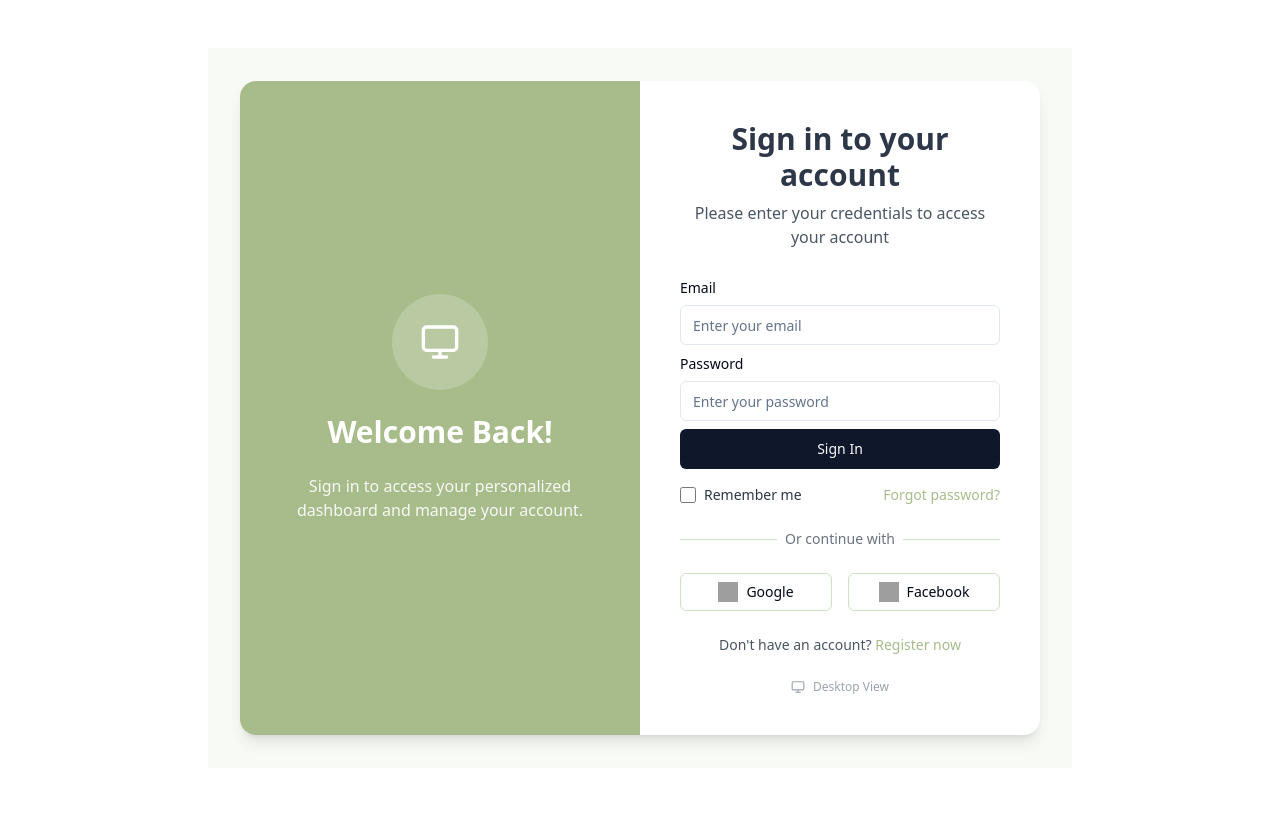
Repository: HanzlaAlvi/GreenCart
Page: / (app in client/)
These files come from the project's save history. The page is drawn as it stood at one moment and after a run of saves; the edit follows.
The browser window is 1280 px wide. The pictures show the whole page.
Pictures or frames that could not be fetched are drawn as grey boxes. The page's requests for data from a server got no answer. The project was rebuilt for these pictures with package versions that can differ from the ones it lists, and the page was loaded fresh each time. No one was signed in, and anything a server would have sent is missing. Also part of the build but not shown: client/vite.config.js, client/src/components/ui/select.jsx, client/src/components/ui/textarea.jsx, client/src/pages/auth/register.jsx, client/src/components/ui/sheet.jsx, client/src/components/admin-view/header.jsx, client/src/components/admin-view/layout.jsx, client/src/components/admin-view/image-upload.jsx and 36 more.

Above is the page before, as saved 2025-07-05 17:25:07.

After the next 2 saves:
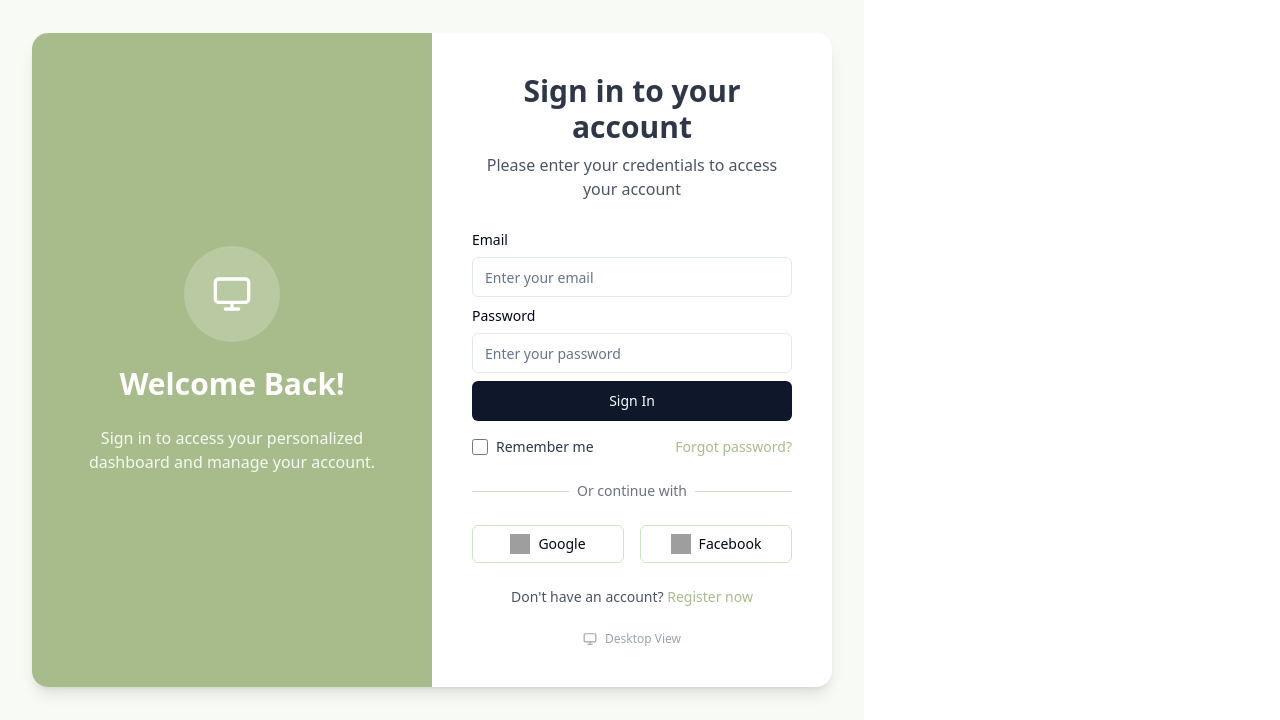
The 2 saves are shown as one change because they came seconds apart.
The last was saved 21 s later.
--- a/client/src/components/auth/layout.jsx
+++ b/client/src/components/auth/layout.jsx
@@ -3,9 +3,9 @@
 function AuthLayout() {
   return (
     <div className="flex min-h-screen w-full">
+      <Outlet />
+      <div className="flex flex-1 items-center justify-center bg-background px-4 py-12 sm:px-6 lg:px-8">
 
-      <div className="flex flex-1 items-center justify-center bg-background px-4 py-12 sm:px-6 lg:px-8">
-        <Outlet />
       </div>
     </div>
   );

After the save that followed:
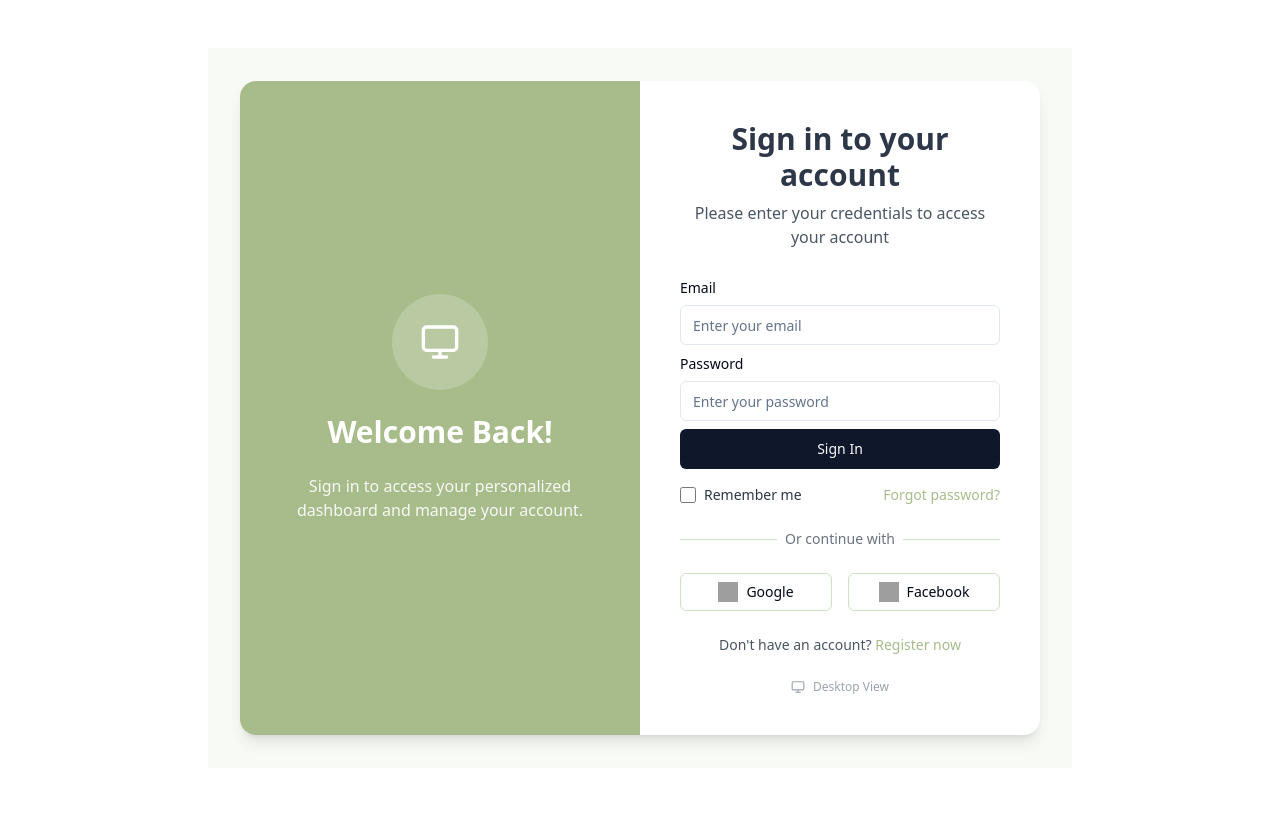
Saved 8 s later.
--- a/client/src/components/auth/layout.jsx
+++ b/client/src/components/auth/layout.jsx
@@ -3,9 +3,9 @@
 function AuthLayout() {
   return (
     <div className="flex min-h-screen w-full">
-      <Outlet />
+
       <div className="flex flex-1 items-center justify-center bg-background px-4 py-12 sm:px-6 lg:px-8">
-
+        <Outlet />
       </div>
     </div>
   );
